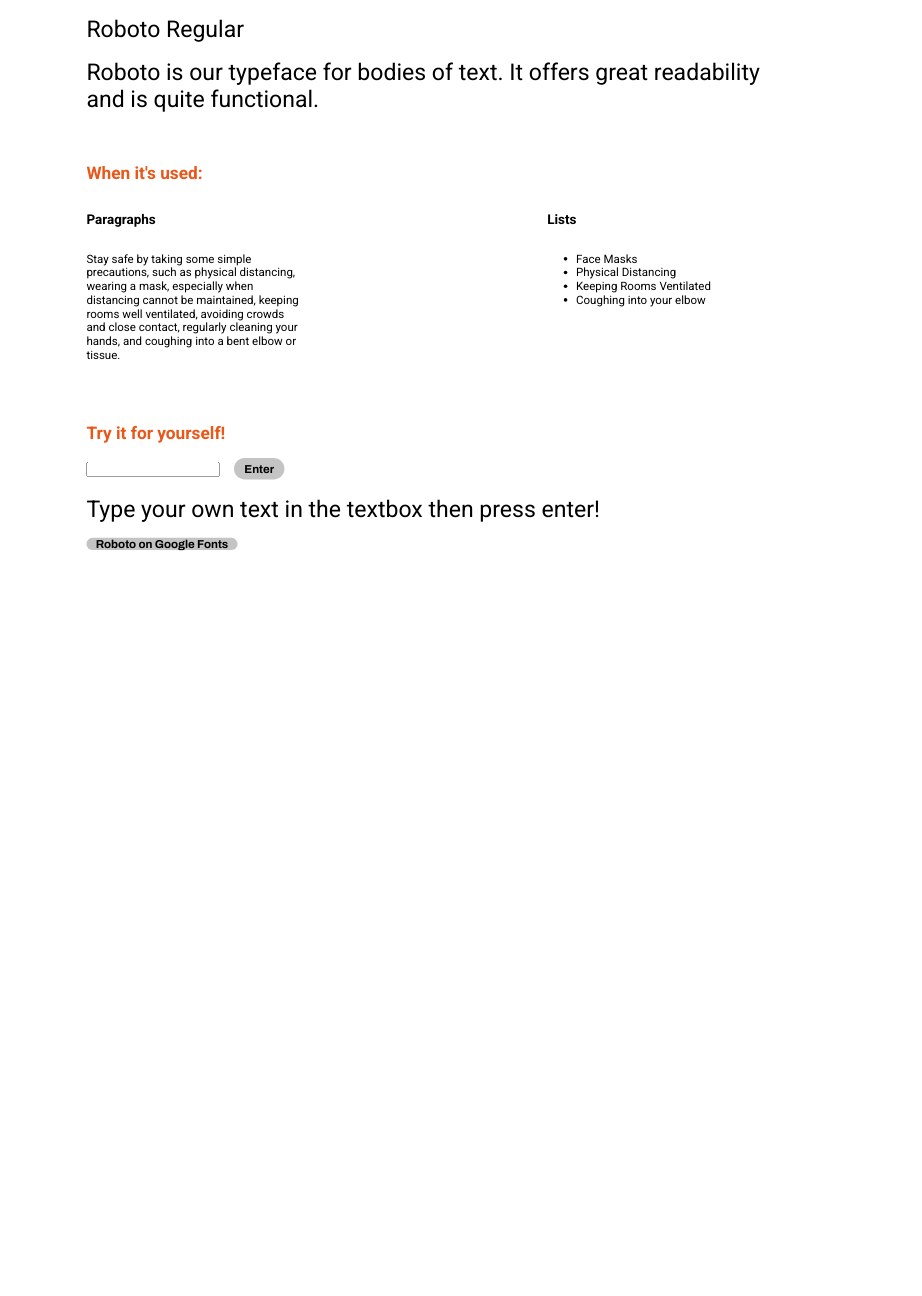
Repository: Levic559/bird-styleguide
Page: typography/index.html
These files come from the project's save history. The page is drawn as it stood at one moment and after the next save; the edit follows.
The browser window is 1280 px wide. The pictures show the whole page, at 72% of full size.

Above is the page before, as saved 2021-03-22 05:41:05.

### typography/index.html
<!DOCTYPE html>
<html>
    <head>
        <title>
            Typography
        </title>
        <link rel="preconnect" href="https://fonts.gstatic.com">
        <link href="https://fonts.googleapis.com/css2?family=Archivo:wght@700&family=Roboto:wght@400;700&display=swap" rel="stylesheet">
        <link href="style.css" rel="stylesheet">
    </head>
    <body>
        <div class="main">
            <div class="fontcontainer">
                <h1 class="Roboto">Roboto Regular</h1>
                <h1 class="Roboto">Roboto is our typeface for bodies of text. It offers great readability and is quite functional.</h1>
                <h2 class="Orange">When it's used:</h3>
                <div class="examplescontainer">
                    <div class="column">
                        <h3>Paragraphs</h3>
                        <p>
                            Stay safe by taking some simple precautions, such as physical distancing, wearing a mask, especially when distancing cannot be maintained, keeping rooms well ventilated, avoiding crowds and close contact, regularly cleaning your hands, and coughing into a bent elbow or tissue.
                        </p>
                    </div>
                    <div class="column">
                        <h3>Lists</h3>
                        <ul>
                            <li>Face Masks</li>
                            <li>Physical Distancing</li>
                            <li>Keeping Rooms Ventilated</li>
                            <li>Coughing into your elbow</li>
                        </ul>
                    </div>
                </div>

                <h2 class="Orange">Try it for yourself!</h2>

                <div class="inputcontainer">
                    <input type="text" id="input1" class="inline"></input>
                    <div class="enter" onclick="textOne()">Enter</div>
                </div>
                <h1 class="Roboto" id="output1">Type your own text in the textbox then press enter!</h1>
                <div class="linkbutton">Roboto on Google Fonts</div>

            </div>
        </div>
    </body>
    <script src="index.js"></script>
</html>

### typography/style.css
body {
    margin: 0px;
    padding: 0px;
    box-sizing: border-box;
}

.main {
    width: 100vw;
    height: 250vh;
    display: flex;
    flex-direction: column;
    justify-content: flex-start;
    font-family: Roboto;
}

.fontcontainer {
    margin-left: 120px;
    width: 940px;
}

.Roboto {
    font-family: Roboto;
    font-weight: normal;
}

.Orange {
    color: #E95719;
    font-family: Roboto;
    margin-top: 70px;
}

.examplescontainer {
    display: flex;
    justify-content: space-between;
}

.column {
    width: 300px;
    display: flex;
    flex-direction: column;
}

.inputcontainer {
    display: flex;
    flex-direction: row;
    align-items: center;
}

.enter {
    width: 70px;
    height: 30px;
    background-color: #C4C4C4;
    color: black;
    font-family: Archivo;
    font-weight: bold;
    display: flex;
    justify-content: center;
    align-items: center;
    border-radius: 20px;
    margin-left: 20px;
}

.enter:hover, .linkbutton:hover{
    border: #545454 1px solid;
}

.linkbutton {
    width: 210px;
    background-color: #C4C4C4;
    color: black;
    font-family: Archivo;
    font-weight: bold;
    display: flex;
    justify-content: center;
    align-items: center;
    border-radius: 20px;
}

.seporator {

}

Loaded but not shown: typography/index.js (no stored copy; drawn as an empty file)

After the next save:
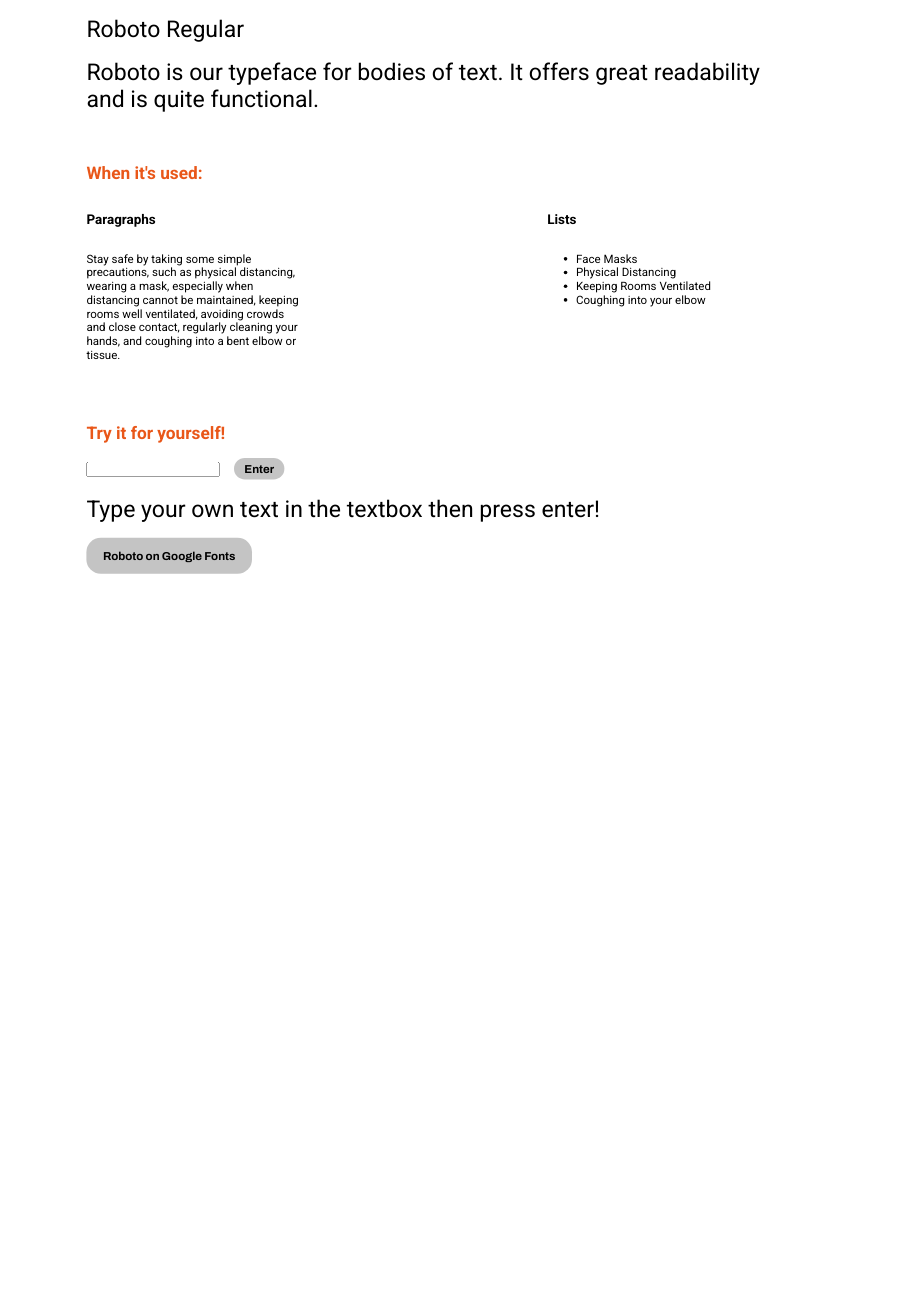
Saved 23 s later.
--- a/typography/style.css
+++ b/typography/style.css
@@ -65,7 +65,8 @@
 }
 
 .linkbutton {
-    width: 210px;
+    width: 230px;
+    height: 50px;
     background-color: #C4C4C4;
     color: black;
     font-family: Archivo;
